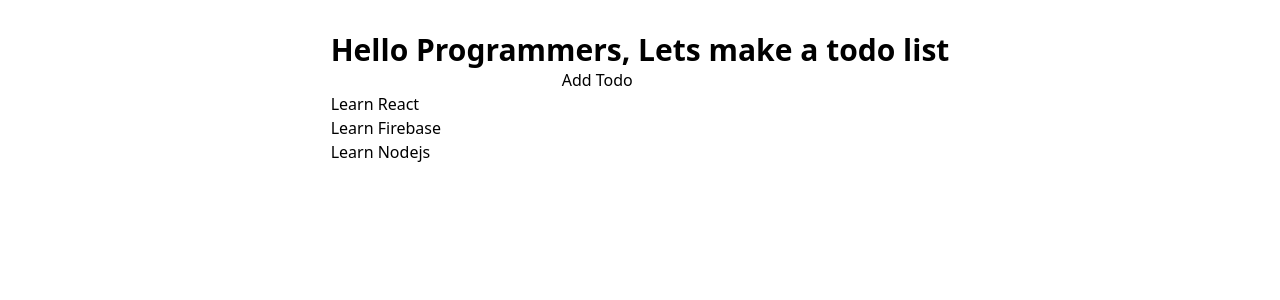
Repository: Shamraiz761/todo_list
Page: /
These files come from the project's save history. The page is drawn as it stood at one moment and after a run of saves; the edit follows.
The browser window is 1280 px wide. The pictures show the whole page.
The project was rebuilt for these pictures with package versions that can differ from the ones it lists, and the page was loaded fresh each time. Also part of the build but not shown: vite.config.js.

Above is the page before, as saved 2024-01-11 22:33:59.

### src/App.jsx
import { useState } from "react";


function App() {
  const [todo, setTodo] = useState([
    "Learn React",
    "Learn Firebase",
    "Learn Nodejs",
  ]);
  const [input, setInput] = useState("");
  const addTodo = (e) => {
    e.preventDefault();
    setTodo([...todo, input]);
    setInput("");
  };

  return (
    <div className="m-5 p-3 flex justify-center items-center">
      <div>
      <h1 className="text-3xl font-bold  text-center">Hello Programmers, Lets make a todo list</h1>
      <form>
        <input
          type="text"
          value={input}
          onChange={(e) => {
            setInput(e.target.value);
          }}
        />
        <button onClick={addTodo}>Add Todo</button>
      </form>
      <ul>
        {todo.map((item , index) => {
          return <li key={index}>{item}</li>;
        })}
      </ul>
    </div>
    </div>
  );
}

export default App;

Loaded but not shown: index.html (common file); src/main.jsx (common file); src/index.css (common file); tailwind.config.js (common file)

After the next 3 saves:
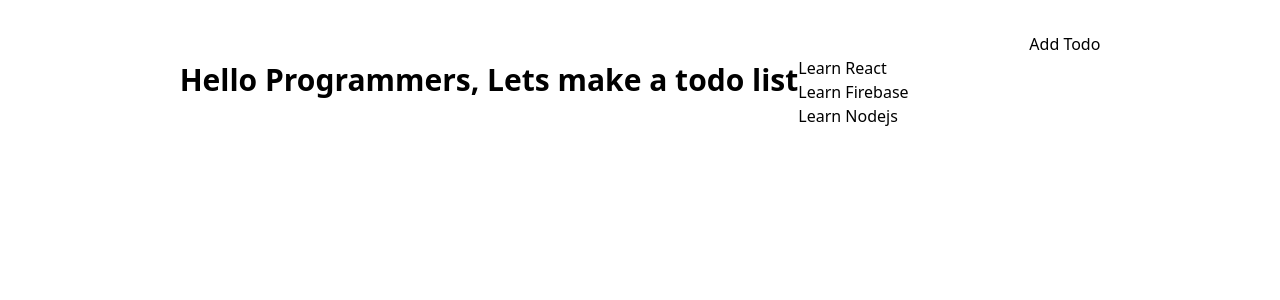
The 3 saves are shown as one change because 1 did not build or start and some came seconds apart.
The last was saved 67 s later.
--- a/src/App.jsx
+++ b/src/App.jsx
@@ -16,9 +16,11 @@ function App() {
 
   return (
     <div className="m-5 p-3 flex justify-center items-center">
+
+      <h1 className="text-3xl font-bold  text-center">Hello Programmers, Lets make a todo list</h1>
+
       <div>
-      <h1 className="text-3xl font-bold  text-center">Hello Programmers, Lets make a todo list</h1>
-      <form>
+        <form>
         <input
           type="text"
           value={input}
